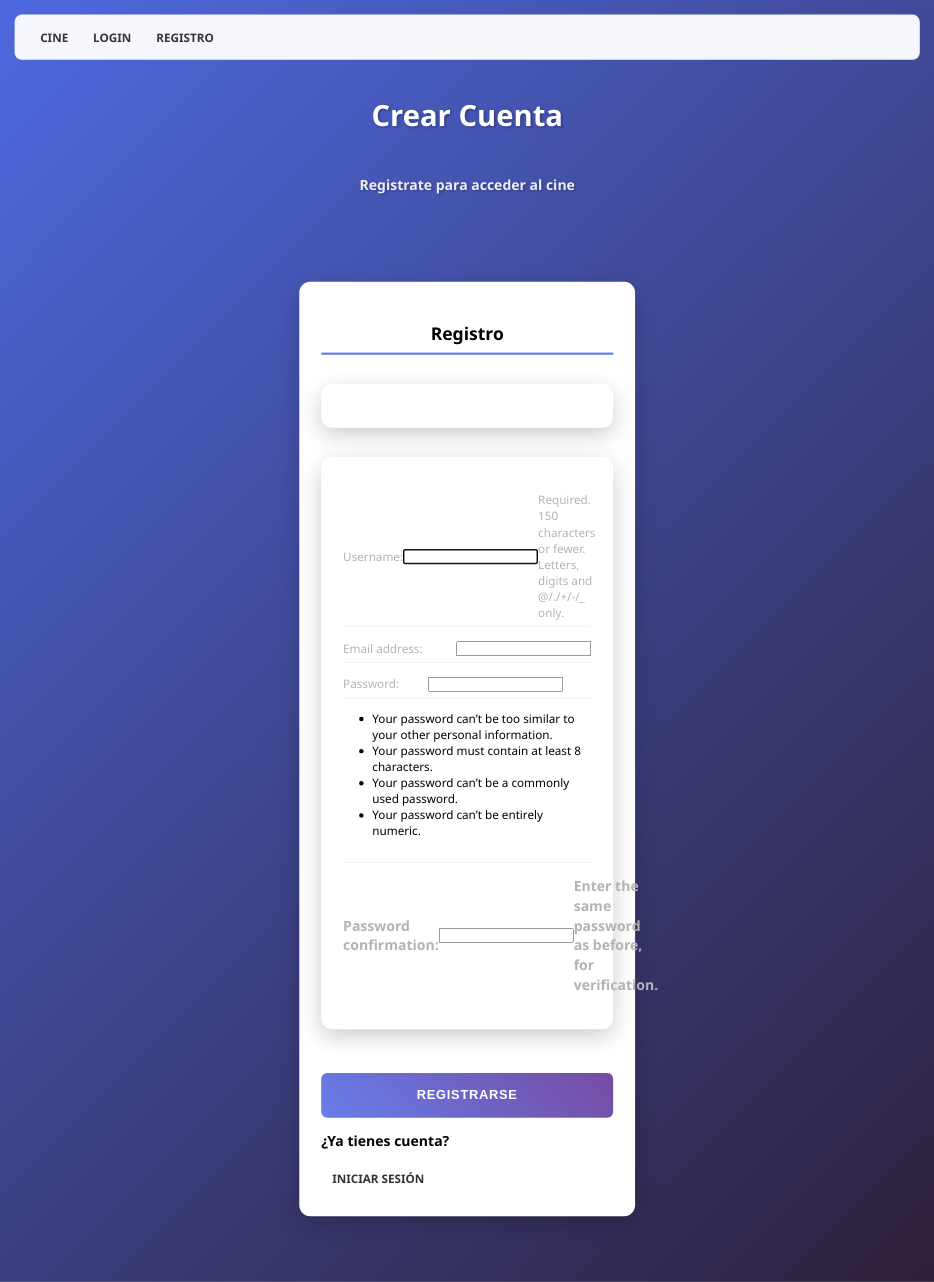
Repository: RoyScc/Practico-Django
Page: http://localhost/register/
An editor plug-in stored every save of this project. The page is shown before and after the next save, followed by the edit.
The browser window is 1280 px wide. The pictures show the whole page, at 73% of full size.
The page is served by the project's application, run on Django 5.2 (manage.py). Other server files are loaded and not shown.

Above is the page before, as saved 2026-05-27 09:03:32.

### tickets/templates/tickets/register.html
{% extends 'tickets/base.html' %}

{% block title %} Registro {% endblock %}

{% block body %}

<h1>Crear Cuenta</h1>
<h4>Registrate para acceder al cine</h4>

<div class="cartelera">

    <div class="login-container">

        <h3 class="h3">Registro</h3>

        <form method="POST">
            <div class="login-container">
                {% csrf_token %}
            </div>
            <div class="login-container">
                {{ form.as_p }}
            </div>

            <button type="submit">
                Registrarse
            </button>

        </form>

        <p class="pcartelera">
            ¿Ya tienes cuenta?
        </p>

        <a href="{% url 'login' %}">
            Iniciar sesión
        </a>

    </div>

</div>

{% endblock %}

### tickets/templates/tickets/base.html
{% load static %}

<!DOCTYPE html>
<html lang="en">
<head>
    <meta charset="UTF-8">
    <meta name="viewport" content="width=device-width, initial-scale=1.0">

    <link rel="stylesheet" href="{% static 'tickets/styles.css' %}">

    <!-- ICONO -->
    <link rel="icon" href="{% static 'tickets/images/cine.png' %}" type="image/png">

    <title>{% block title %} Tickets {% endblock %}</title>
</head>

<body>

    <nav class="navbar2">

        {% if request.resolver_match.url_name == 'cine' %}
            <a href="{% url 'lista_metodos' %}">
                Metodos
            </a>
        {% endif %}

        <a href="{% url 'cine' %}">
            Cine
        </a>

        {% if request.resolver_match.url_name == 'lista_metodos' %}
            <a href="{% url 'crear_metodo_pago' %}">
                Crear método de pago
            </a>
        {% endif %}

        <!-- LOGIN / LOGOUT -->

        {% if user.is_authenticated %}
            <a href="{% url 'logout' %}">
                Cerrar sesión
            </a>

        {% else %}

            <a href="{% url 'login' %}">
                Login
            </a>

            <a href="{% url 'register' %}">
                Registro
            </a>

        {% endif %}

    </nav>

    {% block body %}{% endblock %}

</body>
</html>

### tickets/forms.py
from django import forms

from .models import MetodoPago

from django.contrib.auth.forms import UserCreationForm
from django.contrib.auth.models import User

class RegistroForm(UserCreationForm):
    class Meta:
        model = User
        fields = ['username', 'email', 'password1', 'password2']

class MetodoPagoForm(forms.ModelForm):
    class Meta:
        model = MetodoPago
        fields = ['nombre', 'tipo', 'banco']

### tickets/views.py
from django.shortcuts import render, redirect
from .models import Tickets, MetodoPago
from .forms import MetodoPagoForm
from django.contrib.auth import login, logout
from django.contrib.auth.forms import AuthenticationForm
from django.contrib.auth import authenticate
from .forms import RegistroForm

# Create your views here.

# def index(request):
#     tickets = Tickets.objects.filter(tipo="cine")
#     return render(request, 'tickets/index.html', {'tickets': tickets})

def cine(request):
    tickets = Tickets.objects.filter(tipo__icontains="cine")
    return render(request, 'tickets/cine.html', {'tickets': tickets})

def tickets(request):
    todos_los_tickets = Tickets.objects.all()
    return render(request, 'tickets/todos_los_tickets.html', {'tickets': todos_los_tickets})

def crear_metodo_pago(request):
    if request.method == 'POST':
        form = MetodoPagoForm(request.POST)
        if form.is_valid():
            form.save()
            return redirect('lista_metodos')
    else:
        form = MetodoPagoForm()
    return render(request, 'tickets/crear_metodo_pago.html', {'form': form})

from django.shortcuts import get_object_or_404

def lista_metodos_pago(request):
    metodos = MetodoPago.objects.all()
    return render(request, 'tickets/lista_metodos.html', {'metodos': metodos})

def editar_metodo(request, id):
    metodo = get_object_or_404(MetodoPago, id=id)
    if request.method == 'POST':
        form = MetodoPagoForm(request.POST, instance=metodo)
        if form.is_valid():
            form.save()
            return redirect('lista_metodos')
    else:
        form = MetodoPagoForm(instance=metodo)
    return render(request, 'tickets/crear_metodo_pago.html', {'form': form})

def borrar_metodo(request, id):
    metodo = get_object_or_404(MetodoPago, id=id)
    if request.method == 'POST':
        metodo.delete()
        return redirect('lista_metodos')
    return render(request, 'tickets/borrar_metodo.html', {'metodo': metodo})

#Registro de usuarios
def register_view(request):
    if request.method == 'POST':
        form = RegistroForm(request.POST)

        if form.is_valid():
            user = form.save()
            login(request, user)
            return redirect('index')

    else:
        form = RegistroForm()

    return render(request, 'tickets/register.html', {
        'form': form
    })


#Login de usuarios
def login_view(request):

    if request.method == 'POST':
        form = AuthenticationForm(data=request.POST)

        if form.is_valid():
            user = form.get_user()
            login(request, user)
            return redirect('index')

    else:
        form = AuthenticationForm()

    return render(request, 'tickets/login.html', {
        'form': form
    })


# LOGOUT
def logout_view(request):
    logout(request)
    return redirect('login')

### TicketERA/urls.py
"""
URL configuration for TicketERA project.

The `urlpatterns` list routes URLs to views. For more information please see:
    https://docs.djangoproject.com/en/6.0/topics/http/urls/
Examples:
Function views
    1. Add an import:  from my_app import views
    2. Add a URL to urlpatterns:  path('', views.home, name='home')
Class-based views
    1. Add an import:  from other_app.views import Home
    2. Add a URL to urlpatterns:  path('', Home.as_view(), name='home')
Including another URLconf
    1. Import the include() function: from django.urls import include, path
    2. Add a URL to urlpatterns:  path('blog/', include('blog.urls'))
"""
from django.contrib import admin
from django.urls import path, include

urlpatterns = [
    path('admin/', admin.site.urls),
    path('', include("tickets.urls"))
]

### tickets/urls.py
from django.urls import path, include

from . import views

urlpatterns = [
    #path('', views.index, name="index"),
    path('cine/', views.cine, name="cine"),
    path('tickets/', views.tickets, name="tickets"),
    path('metodos/', views.lista_metodos_pago, name="lista_metodos"),
    path('metodos/crear', views.crear_metodo_pago, name="crear_metodo_pago"),
    path('metodos/editar/<int:id>/', views.editar_metodo, name="editar_metodo"),
    path('metodos/borrar/<int:id>/', views.borrar_metodo, name="borrar_metodo"),
    path('login/', views.login_view, name='login'),
    path('register/', views.register_view, name='register'),
    path('logout/', views.logout_view, name='logout'),
]

### tickets/static/tickets/styles.css
/* Estilos generales para la página */
body {
    font-family: 'Segoe UI', Tahoma, sans-serif;
    background: linear-gradient(135deg, #4e69df 0%, #2d203a 100%);
    min-height: 100vh;
    margin: 0;
    padding: 20px;
    gap: 20px;
    display: flex;
    flex-direction: column;
    box-sizing: border-box;
    flex: 1;
}

nav{
    justify-content: space-around;
    background: white;
    opacity: 0.95;
    margin: 0;
    padding: 10px 20px;
    border-radius: 10px;

}

.navbar {
    display: flex;
    justify-content: flex-end;
    align-items: center;
}

a {
    display: inline-block;
    color: #333;
    text-decoration: none;
    font-weight: bold;
    padding: 10px 15px;
    border-radius: 5px;
    transition: background 0.3s ease;
    text-transform: uppercase;
    /*background: #686666;*/
}

a:hover {
    background: #667eea;
    color: white;
}


h1, h4 {
    color: white;
    text-align: center;
    margin-bottom: 30px;
    text-shadow: 2px 2px 4px rgba(0,0,0,0.3);
}

h1 {
    font-size: 2.5rem;
    margin-bottom: 10px;
}

h4 {
    font-size: 1.2rem;
    opacity: 0.9;
}

.cartelera {
    display: flex;
    flex-wrap: wrap;
    justify-content: center;
    gap: 40px;
    padding: 30px;
}
.ticket-item {
    background: white;
    border-radius: 15px;
    padding: 20px;

    display: flex;
    flex-direction: column;
    justify-content: space-between;

    width: 320px;
    min-height: 500px;

    box-shadow: 0 10px 30px rgba(0,0,0,0.2);

    transition: transform 0.3s ease;
}

.ticket-item2 {
    background: white;
    border-radius: 15px;
    padding: 20px;

    display: flex;
    flex-direction: column;
    justify-content: space-between;

    width: 320px;

    box-shadow: 0 10px 30px rgba(0,0,0,0.2);

    transition: transform 0.3s ease;
}

.ticket-item:hover {
    transform: translateY(-5px);
}

.ticket-item a {
    display: inline-block;
    margin-top: 10px;
}

.form {
    display: block;
    margin-top: 0em;
    unicode-bidi: isolate;
}

/* Tablet
@media (max-width: 768px) {
    .cartelera {
        gap: 15px;
        padding: 15px;
    }
}*/

/* Mobile
@media (max-width: 480px) {
    .cartelera {
        gap: 10px;
        padding: 10px;
    }

    .ticket-item {
        width: 100%;
        max-width: 300px;
    }
}*/

h3 {
    color: #fdfdfd;
    font-size: 1.5rem;
    margin-bottom: 20px;
    text-align: center;
    border-bottom: 3px solid #667eea;
    padding-bottom: 10px;
}

.h3 {
    color: #000000;
    font-size: 1.5rem;
    margin-bottom: 20px;
    text-align: center;
    border-bottom: 3px solid #667eea;
    padding-bottom: 10px;
}

p {
    color: #b3b3b3;
    font-size: 1rem;
    margin: 10px 0;
    padding: 8px 0;
    border-bottom: 1px solid #eee;
    display: flex;
    justify-content: space-between;
    align-items: center;
}

p:last-of-type {
    border-bottom: none;
    font-weight: bold;

    font-size: 1.2rem;
}

.pcartelera {
    color: #070202;
    font-size: 1rem;
    margin: 10px 0;
    padding: 8px 0;
    border-bottom: 1px solid #eee;
    display: flex;
    justify-content: space-between;
    align-items: center;
}

button {
    width: 100%;
    background: linear-gradient(45deg, #667eea, #764ba2);
    color: white;
    border: none;
    padding: 20px 20px;
    font-size: 1.1rem;
    font-weight: bold;
    border-radius: 8px;
    cursor: pointer;
    margin-top: 20px;
    transition: all 0.3s ease;
    text-transform: uppercase;
    letter-spacing: 1px;
}

button:hover {
    background: linear-gradient(45deg, #5a6fd8, #6a4190);
    transform: scale(1.05);
    box-shadow: 0 5px 15px rgba(102, 126, 234, 0.4);
}

.button {
    width: 100%;
    background: linear-gradient(45deg, #667eea, #764ba2);
    color: white;
    border: none;
    padding: 20px 5px;
    font-size: 1.1rem;
    font-weight: bold;
    border-radius: 8px;
    text-align: center;
    cursor: pointer;
    margin-top: 10px;
    transition: all 0.3s ease;
    text-transform: uppercase;
    letter-spacing: 1px;
}

.button:hover {
    background: linear-gradient(45deg, #5a6fd8, #6a4190);
    transform: scale(1.05);
    box-shadow: 0 5px 15px rgba(102, 126, 234, 0.4);
}


.ticket {
    margin-bottom: 20px;
    padding: 20px;
    border-radius: 10px;
    box-shadow: 0 5px 15px rgba(0,0,0,0.1);
    space
}

button:active {
    transform: scale(0.98);
}

.fecha-icon::before {
content: '📅 ';
margin-right: 8px;
font-weight: bold;
}

.ubicacion-icon::before {
    content: '📍';
    margin-right: 8px;
    font-weight: bold;
}

.precio-icon::before {
    content: '💵 ';
    margin-right: 8px;
    font-weight: bold;
}

/* Estilos para la sección de Login y Register */
.login-container {
    max-width: 400px;
    margin: 40px auto;
    background: white;
    padding: 30px;
    border-radius: 15px;
    box-shadow: 0 10px 30px rgba(0,0,0,0.2);
}
.login-container h2 {
    text-align: center;
    margin-top: 0px;
    margin-bottom: 0px;
    color: #333;
}

/*
.carousel {
    display: flex;
    gap: 20px;
    overflow-x: auto;
    padding: 20px;
    scroll-behavior: smooth;
}

.carousel::-webkit-scrollbar {
    height: 10px;
}

.carousel::-webkit-scrollbar-thumb {
    background: #667eea;
    border-radius: 10px;
}

.ticket-item {
    min-width: 250px;
    background: white;
    border-radius: 15px;
    padding: 15px;
    flex-shrink: 0;
    box-shadow: 0 4px 10px rgba(0,0,0,0.1);
    text-align: center;
}

.ticket-img {
    width: 100%;
    height: 300px;
    object-fit: cover;
    border-radius: 10px;
}

.ticket-empty {
    text-align: center;
    padding: 50px;
}*/

After the next save:
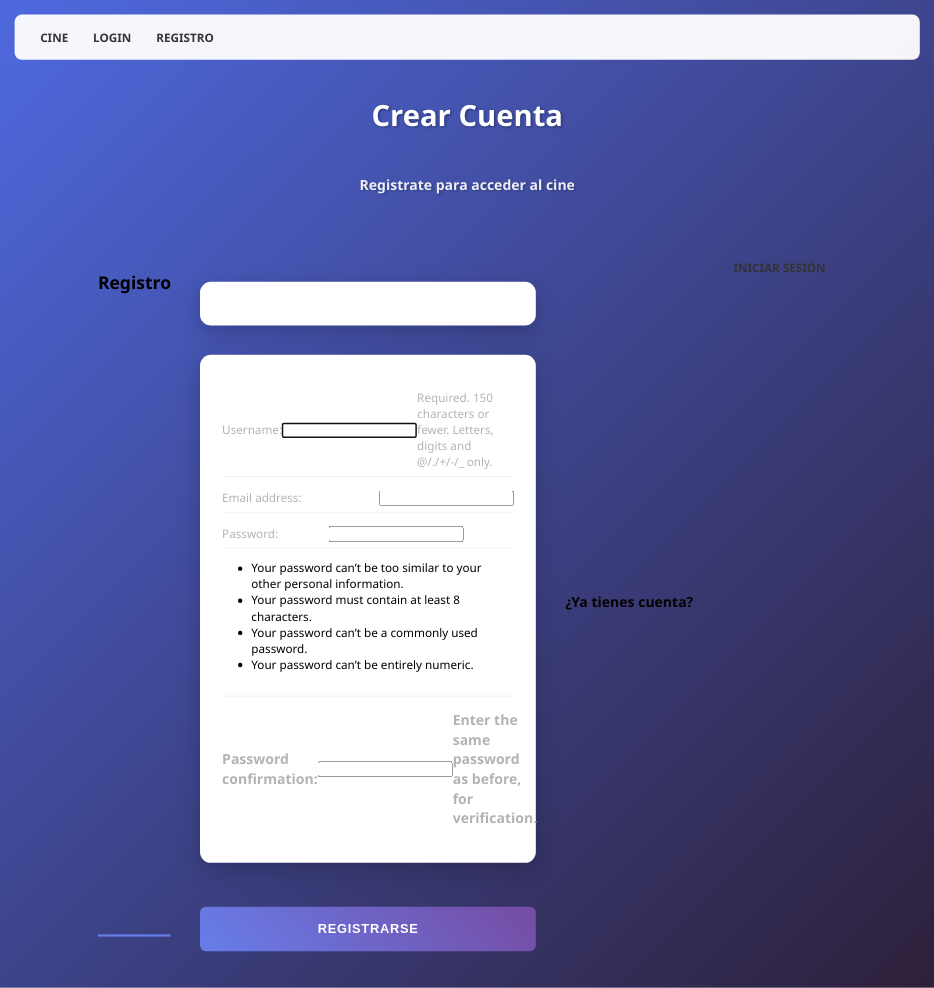
Saved 17 s later.
--- a/tickets/templates/tickets/register.html
+++ b/tickets/templates/tickets/register.html
@@ -9,33 +9,29 @@
 
 <div class="cartelera">
 
-    <div class="login-container">
+    <h3 class="h3">Registro</h3>
 
-        <h3 class="h3">Registro</h3>
+    <form method="POST">
+        <div class="login-container">
+            {% csrf_token %}
+        </div>
+        <div class="login-container">
+            {{ form.as_p }}
+        </div>
 
-        <form method="POST">
-            <div class="login-container">
-                {% csrf_token %}
-            </div>
-            <div class="login-container">
-                {{ form.as_p }}
-            </div>
+        <button type="submit">
+            Registrarse
+        </button>
 
-            <button type="submit">
-                Registrarse
-            </button>
+    </form>
 
-        </form>
+    <p class="pcartelera">
+        ¿Ya tienes cuenta?
+    </p>
 
-        <p class="pcartelera">
-            ¿Ya tienes cuenta?
-        </p>
-
-        <a href="{% url 'login' %}">
-            Iniciar sesión
-        </a>
-
-    </div>
+    <a href="{% url 'login' %}">
+        Iniciar sesión
+    </a>
 
 </div>
 
